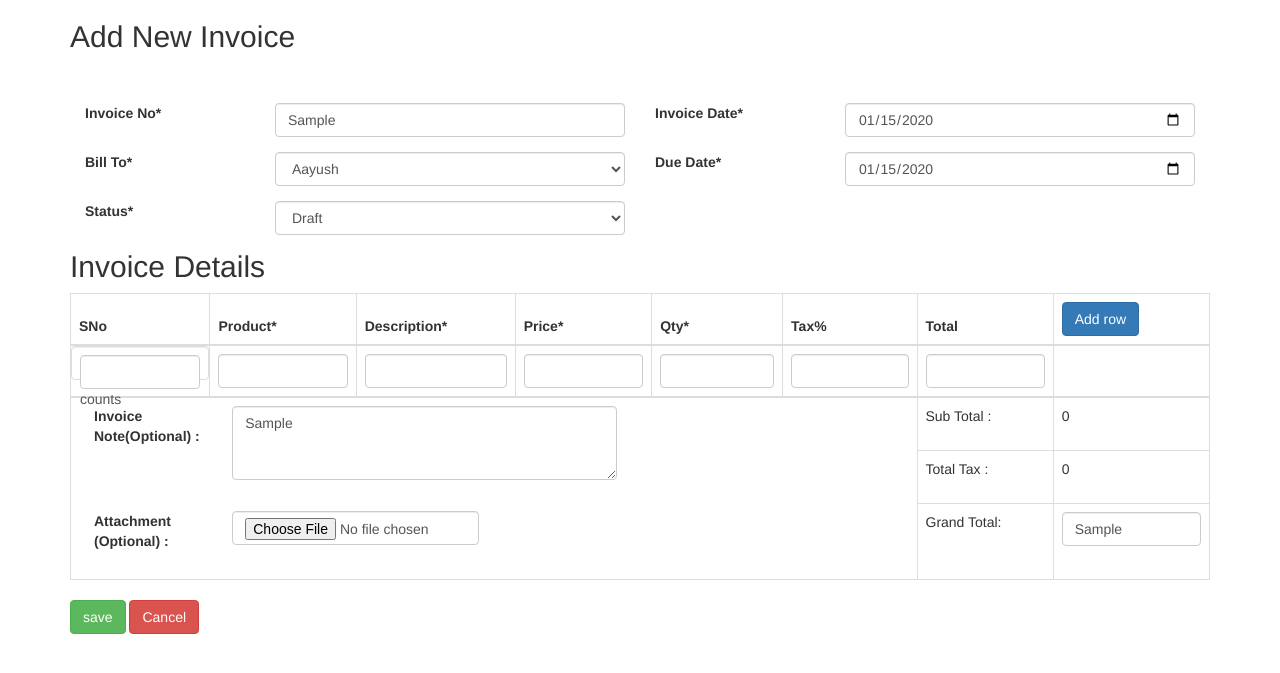
Repository: Aayush13013/Invoice_Management_app
Page: http://localhost/invoiceInfo/WEB-INF/jsp/new_invoiceInfo.jsp
These files come from the project's save history. The page is drawn as it stood at one moment and after a run of saves; the edit follows.
The browser window is 1280 px wide. The pictures show the whole page.
Empty fields were first filled with sample values (such as "Sample", 5 or name@example.com).
After loading, the first visible `input.btn` was clicked once.
The page is served by Tomcat 9. Nobody is signed in. Other server files are loaded and not shown. The template is opened directly, without the code that normally fills it, so the values that code supplies are empty.

Above is the page before, as saved 2021-12-28 06:16:14.

### invoiceInfo/invoiceInfo/src/main/webapp/WEB-INF/jsp/new_invoiceInfo.jsp
<%@ page language="java" contentType="text/html; charset=ISO-8859-1"
	pageEncoding="ISO-8859-1"%>
<%@ taglib prefix="form" uri="http://www.springframework.org/tags/form"%>
<%@ taglib prefix="c" uri="http://java.sun.com/jsp/jstl/core"%>


<!DOCTYPE html>
<html>

<head>
<meta charset="ISO-8859-1">
<title>Add New Invoice</title>

<link rel="stylesheet"
	href="https://maxcdn.bootstrapcdn.com/bootstrap/3.4.1/css/bootstrap.min.css">



</head>

<body>
	<script>
	 function addRows() {
         var table = document.getElementById("myTable");
         var counts = (table.rows.length) - 1;

         var row = table.insertRow(counts).outerHTML = "<tr id='row" + counts + "'> " +

             "<td class='form-control'><input type='text' name='auto_id" + counts + "' class='form-control' '>counts</td> " +
             "<td id='productName" + counts + "'><input type='text'   name='listOfProducts[" + counts + "].productName' class='form-control' ></td> " +
             "<td id='description" + counts + "'><input type='text'  name='listOfProducts[" + counts + "].description' class='form-control' ></td> " +
             "<td id='price" + counts + "' ><input type='text'  name='listOfProducts[" + counts + "].price' class='form-control' ></td> " +
             "<td id='qty" + counts + "' ><input type='text'  name='listOfProducts[" + counts + "].qty' class='form-control' ></td> " +
             "<td id='tax" + counts + "' ><input type='text'  name='listOfProducts[" + counts + "].taxPercent' id='taxval" + counts + "' class='form-control' ></td> " +
             "<td id='total" + counts + "' ><input type='text'  name='listOfProducts[" + counts + "].total' id='totval" + counts + "' class='form-control' ></td> " +

             "<td><i class='fa fa-trash' style='font-size:24px' onclick='delete_row3(" + counts + ")'> </i></td> " +
             "</tr>";
     }
		/* function addRows(id) {
			var table = document.getElementById(id);
			var array = [ "Computer", "Mobile", "PenDrive", "Mouse" ];

			var rowCount = table.rows.length;
			var row = table.insertRow(rowCount);
			var counts = rowCount - 1;

			var cell0 = row.insertCell(0);
			cell0.innerHTML = rowCount + 1;

			var cell1 = row.insertCell(1);
			var element1 = document.createElement("select");
			element1.name = "listOfProducts[" + counts + "].productName";
			for (var i = 0; i < array.length; i++) {
				var option = document.createElement("option");
				option.value = array[i];
				option.text = array[i];
				element1.appendChild(option);
			}
			element1.required = "required";
			cell1.appendChild(element1);

			var cell2 = row.insertCell(2);
			var element2 = document.createElement("textarea");
			element2.type = "text";
			element2.name = "listOfProducts[" + counts + "].description";
			element2.required = "required";
			cell2.appendChild(element2);

			var cell3 = row.insertCell(3);
			var element3 = document.createElement("input");
			element3.type = "number";
			element3.name = "listOfProducts[" + counts + "].price";
			element3.required = "required";
			cell3.appendChild(element3);

			var cell4 = row.insertCell(4);
			var element4 = document.createElement("input");
			element4.type = "number";
			element4.name = "listOfProducts[" + counts + "].qty";
			element4.required = "required";
			cell4.appendChild(element4);

			var cell5 = row.insertCell(5);
			var element5 = document.createElement("input");
			element5.type = "number";
			element5.name = "listOfProducts[" + counts + "].taxPercent";
			element5.required = "required";
			cell5.appendChild(element5);

			var cell6 = row.insertCell(6);
			var element6 = document.createElement("input");
			element6.type = "number";
			element6.name = "listOfProducts[" + counts + "].total";
			element6.required = "required";
			cell6.appendChild(element6);

			var cell7 = row.insertCell(7);
			var element7 = document.createElement("input");
			element7.type = "button";
			element7.value = "Delete Row";
			element7.onclick = deleteRows('myTable');
			cell7.appendChild(element7);

		} */
	</script>
	<div class="container">

		<h2>Add New Invoice</h2>
		<br>



		<form:form action="/saveInvoice" modelAttribute="invoiceInfo"
			method="POST">
			<form:hidden path="id" placeholder="id" class="form-control " />
			<div class="form-row">
				<div class="form-group col-md-2">
					<label>Invoice No*</label>
				</div>
				<div class="form-group col-md-4">
					<form:input type="text" path="invoiceNo" placeholder="invoiceNo"
						required="required" class="form-control" />
				</div>
				<div class="form-group col-md-2">
					<label>Invoice Date*</label>

				</div>
				<div class="form-group col-md-4">
					<form:input type="date" path="invoiceDate"
						placeholder="invoiceDate" class="form-control " />
				</div>
			</div>
			<div class="form-row">
				<div class="form-group col-md-2">
					<label>Bill To*</label>

				</div>
				<div class="form-group col-md-4">
					<form:select path="billTo" class="form-control" required="required">
						<optgroup label="Select_Customer">
							<form:option value="Aayush"></form:option>
							<form:option value="Shridhar"></form:option>
							<form:option value="Suneel"></form:option>
							<form:option value="Lekhana"></form:option>
						</optgroup>
					</form:select>
				</div>
				<div class="form-group col-md-2">
					<label>Due Date*</label>

				</div>

				<div class="form-group col-md-4">
					<form:input type="date" path="dueDate" placeholder="dueDate"
						class="form-control " />
				</div>
			</div>
			<div class="form-row">
				<div class="form-group col-md-2">
					<label>Status*</label>

				</div>
				<div class="form-group col-md-4">
					<form:select path="status" class="form-control">
						<optgroup label="Select_Status">
							<form:option value="Draft"></form:option>
							<form:option value="Sent"></form:option>
							<form:option value="Paid"></form:option>
						</optgroup>
					</form:select>
				</div>
				<div class="form-group col-md-2">
					<label hidden>** :</label>
				</div>
				<div class="form-group col-md-4">
					<input type="text" class="form-control" style="visibility: hidden;">
				</div>
			</div>


			<div class="form-row">
				<h2>Invoice Details</h2>

				<table class="table table-bordered">
					<thead>
						<tr>
							<th>SNo</th>
							<th>Product*</th>
							<th>Description*</th>
							<th>Price*</th>
							<th>Qty*</th>
							<th>Tax%</th>
							<th>Total</th>
							<th><input type="button" value="Add row"
								class="btn btn-primary" onclick="addRows('myTable')" /></th>
						</tr>

					</thead>
					<tbody id="myTable">

					</tbody>
					<tr>
						<td colspan="6" rowspan="2">
							<div class="form-group  col-md-2">
								<label>Invoice Note(Optional) :</label>
							</div>
							<div class="form-group   col-md-6">
								<textarea class="form-control rounded-0" name="invoiceNote"
									id="invoiceNote" rows="3" maxlength="1000"
									placeholder="Invoice Note"></textarea>
							</div>
						</td>
						<td>Sub Total :</td>
						<td><span path="subTotal" name="subTotal" id="subTotal">0</span></td>
					</tr>
					<tr>
						<td>Total Tax :</td>
						<td><span path="totalTax" name="totalTax" id="totalTax">0</span></td>
					</tr>
					<tr>
						<td colspan="6" style="border-top: hidden">
							<div class="form-group  col-md-2">
								<label>Attachment (Optional) :</label>
							</div>
							<div class="form-group col-md-4">
								<input type="file" name="file" path="file"
									placeholder="Attachment" id="file" class="form-control">
							</div>
						</td>
						<td>Grand Total:</td>
						<td><input type="text" path="grandTotal" name="grandTotal"
							id="grandTotal" class="form-control col-4 mb-4" /></td>
					</tr>

				</table>
			</div>

			<input type="submit" value="save" class="btn btn-success" />
			<button type="clear" class="btn btn-danger">Cancel</button>
		</form:form>
	</div>
</body>

</html>

After the next 2 saves:
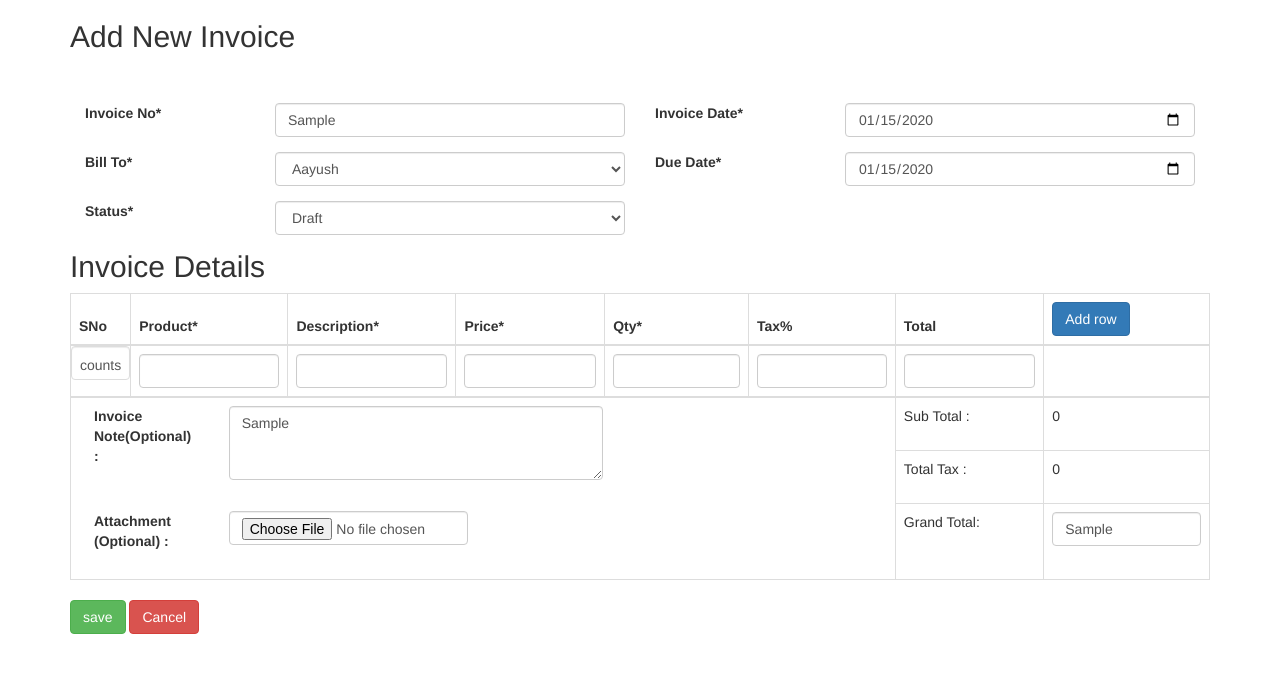
The 2 saves are shown as one change because they came seconds apart.
The last was saved 17 s later.
--- a/invoiceInfo/invoiceInfo/src/main/webapp/WEB-INF/jsp/new_invoiceInfo.jsp
+++ b/invoiceInfo/invoiceInfo/src/main/webapp/WEB-INF/jsp/new_invoiceInfo.jsp
@@ -26,7 +26,7 @@
 
          var row = table.insertRow(counts).outerHTML = "<tr id='row" + counts + "'> " +
 
-             "<td class='form-control'><input type='text' name='auto_id" + counts + "' class='form-control' '>counts</td> " +
+             "<td class='form-control'>counts</td> " +
              "<td id='productName" + counts + "'><input type='text'   name='listOfProducts[" + counts + "].productName' class='form-control' ></td> " +
              "<td id='description" + counts + "'><input type='text'  name='listOfProducts[" + counts + "].description' class='form-control' ></td> " +
              "<td id='price" + counts + "' ><input type='text'  name='listOfProducts[" + counts + "].price' class='form-control' ></td> " +
